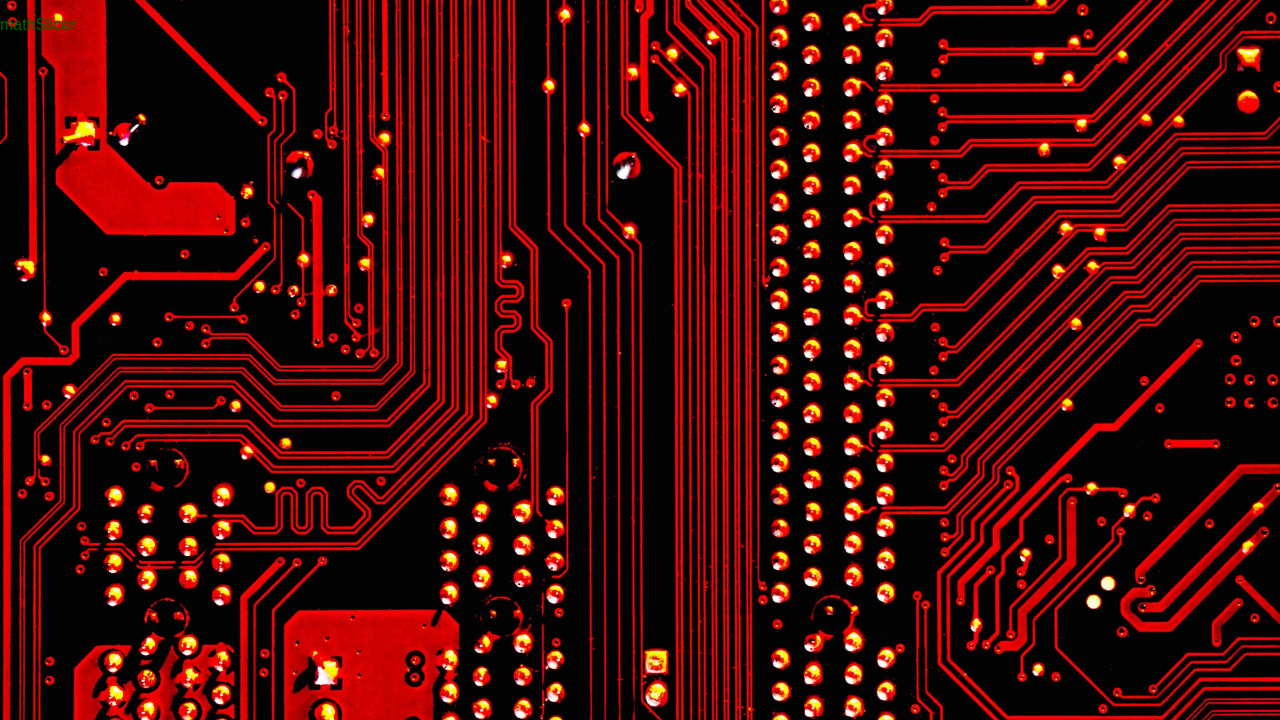
Repository: ionathas78/mathSlicer
Page: index.html
The author's editor kept a copy of each file at every save. The page is drawn from the files as they stood at one save, then again after the next save.
The browser window is 1280 px wide. The pictures show the whole page.

Above is the page before, as saved 2020-12-06 09:52:01.

After the next save:
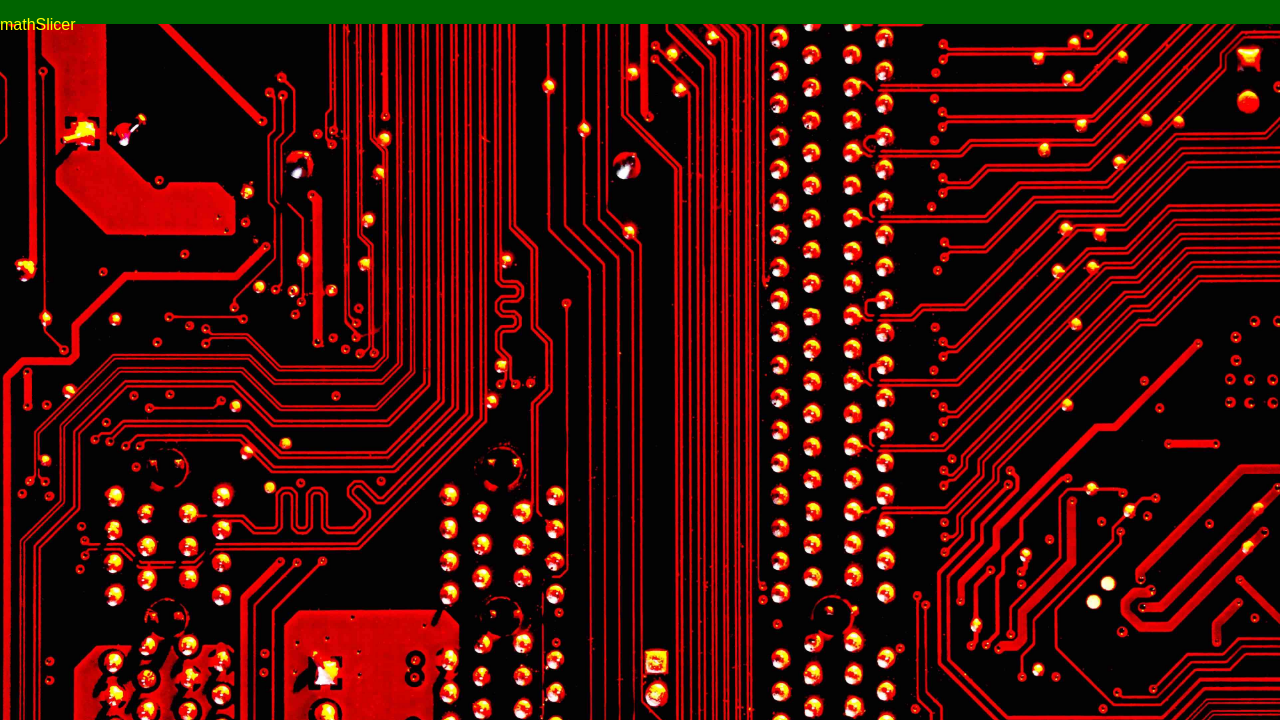
Saved 19 s later.
--- a/assets/css/style.css
+++ b/assets/css/style.css
@@ -10,7 +10,8 @@ header {
     height: 24px;
     width: 100vw;
     margin: 0;
-    color: darkgreen;
+    background-color: darkgreen;
+    color: yellow;
 }
 
 #wallpaper {
